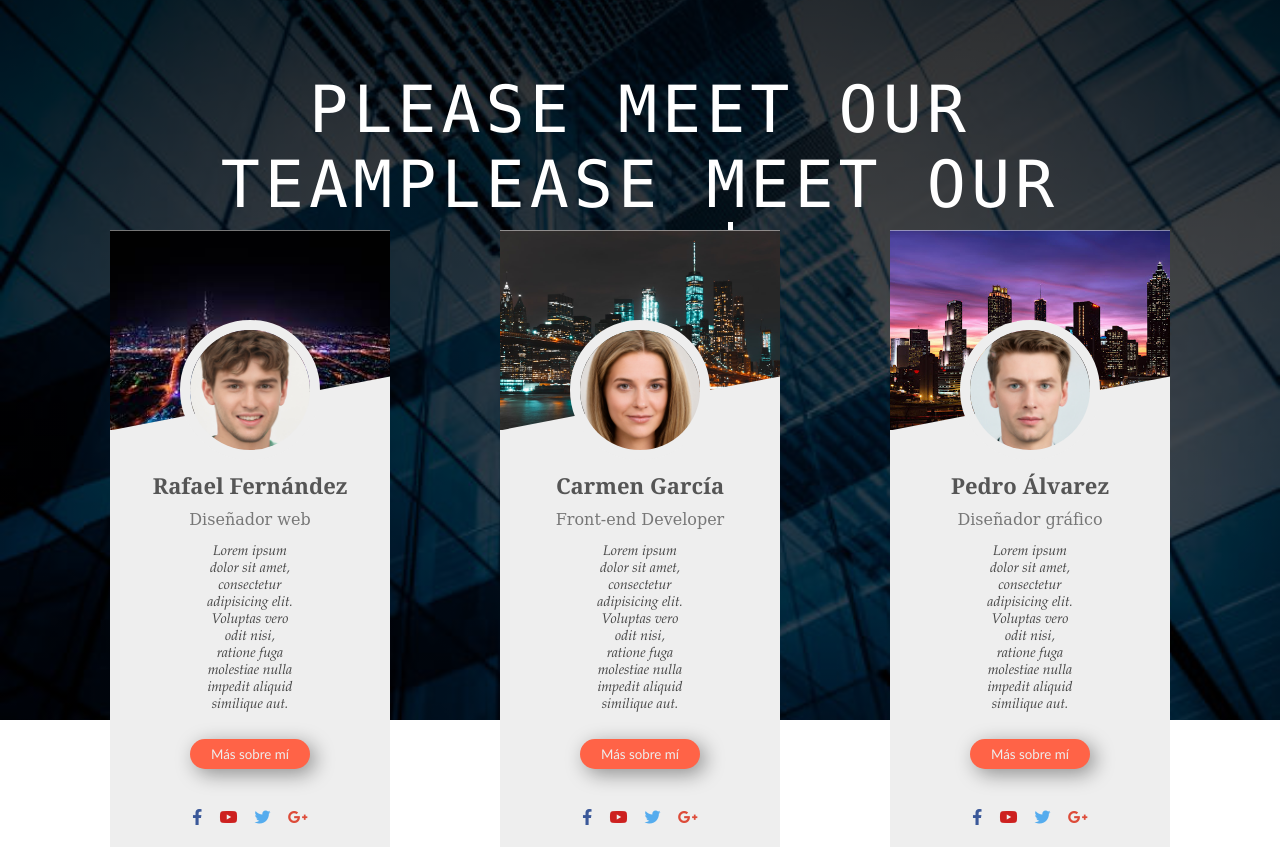
Repository: RaquelAlvarezz/Ejercicios-FormawebIV
Page: Equipo/index.html
These files come from the project's save history. The page is drawn as it stood at one moment and after the next save; the edit follows.
The browser window is 1280 px wide. The pictures show the whole page.

Above is the page before, as saved 2021-11-23 14:21:23.

### Equipo/index.html
<!DOCTYPE html>
<html lang="es">
<head>
  <meta charset="UTF-8">
  <meta http-equiv="X-UA-Compatible" content="IE=edge">
  <meta name="viewport" content="width=device-width, initial-scale=1.0">
  <title>Tarjetas equipo</title>
  <link rel="stylesheet" href="css/styles.css">
  <link rel="stylesheet" href="https://use.fontawesome.com/releases/v5.15.0/css/all.css" integrity="sha384-OLYO0LymqQ+uHXELyx93kblK5YIS3B2ZfLGBmsJaUyor7CpMTBsahDHByqSuWW+q" crossorigin="anonymous">
</head>
<body cz-shortcut-listen="true">
	<div class="container">
		<div class="heading">Please Meet Our Team</div>
		<div class="cards-wrapper">
			<div class="card">
				<img src="img/descarga.jpg" class="image-top" alt="">
				<img src="img/Rafa.jpg" class="profile-image" alt="">
				<h1 class="fullname">Rafael Fernández</h1>
				<p class="job">Diseñador web</p>
				<p class="about-me">Lorem ipsum dolor sit amet, consectetur adipisicing elit. Voluptas vero odit nisi, ratione fuga molestiae nulla impedit aliquid similique aut.</p>
				<button type="button">Más sobre mí</button>
				<ul class="social-icons">
					<li><a href="#"><i class="fab fa-facebook-f"></i></a></li>
					<li><a href="#"><i class="fab fa-youtube"></i></a></li>
					<li><a href="#"><i class="fab fa-twitter"></i></a></li>
					<li><a href="#"><i class="fab fa-google-plus-g"></i></a></li>
				</ul>
			</div>
			<div class="card">
				<img src="img/photo-1500632907344-a073709b2448.jpg" class="image-top" alt="">
				<img src="img/Carmen.jpg" class="profile-image" alt="">
				<h1 class="fullname">Carmen García</h1>
				<p class="job">Front-end Developer</p>
				<p class="about-me">Lorem ipsum dolor sit amet, consectetur adipisicing elit. Voluptas vero odit nisi, ratione fuga molestiae nulla impedit aliquid similique aut.</p>
				<button type="button">Más sobre mí</button>
				<ul class="social-icons">
					<li><a href="#"><i class="fab fa-facebook-f"></i></a></li>
					<li><a href="#"><i class="fab fa-youtube"></i></a></li>
					<li><a href="#"><i class="fab fa-twitter"></i></a></li>
					<li><a href="#"><i class="fab fa-google-plus-g"></i></a></li>
				</ul>
			</div>
			<div class="card">
				<img src="img/unnamed.jpg" class="image-top" alt="">
				<img src="img/Pedro.jpg" class="profile-image" alt="">
				<h1 class="fullname">Pedro Álvarez</h1>
				<p class="job">Diseñador gráfico</p>
				<p class="about-me">Lorem ipsum dolor sit amet, consectetur adipisicing elit. Voluptas vero odit nisi, ratione fuga molestiae nulla impedit aliquid similique aut.</p>
				<button type="button">Más sobre mí</button>
				<ul class="social-icons">
					<li><a href="#"><i class="fab fa-facebook-f"></i></a></li>
					<li><a href="#"><i class="fab fa-youtube"></i></a></li>
					<li><a href="#"><i class="fab fa-twitter"></i></a></li>
					<li><a href="#"><i class="fab fa-google-plus-g"></i></a></li>
				</ul>
			</div>
		</div>
	</div>
	<script src="js/script.js"></script>
</body>
</html>

### Equipo/css/styles.css
@charset "utf-8";
/* CSS Document */

*{
	margin: 0;
	padding: 0;
}

.container{
	width: 100%;
	height: 100vh;
	background: linear-gradient(rgb(0, 0, 0, .8), rgba(0, 0, 0, .6)), url("/Equipo/img/istockphoto-902746420-612x612.jpg") center no-repeat;
	background-size: cover;
}

.heading{
	color: #fff;
	font-size: 70px;
	position: absolute;
	top: 10%;
	left: 50%;
	transform:  translateX(-50%);
	font-family: Consolas, "Andale Mono", "Lucida Console", "Lucida Sans Typewriter", Monaco, "Courier New", "monospace";
	text-transform: uppercase;
	letter-spacing: 5px;
	text-align: center;
	white-space: pre-wrap;
}

.heading::after{
	content: '';
	width: 5px;
	height: 55px;
	background-color: #fff;
	position: absolute;
	animation: blinking 1s 3s infinite;
}

@keyframes blinking{
	0%{background-color: #FFFFFF}
	50%{background-color: transparent}
	100%{background-color: #fff}
}

.cards-wrapper{
	width: 80%;
	display: flex;
	justify-content: space-evenly;
	position: relative;
	top: 35%;
	left: 50%;
	transform: translateX(-50%);
}

.card{
	width:  280px;
	background-color: #eee;
	display: flex;
	flex-direction: column;
	align-items: center;
	justify-content: space-evenly;
	transition: transform .5s;
}

@keyframes cardAnim{
	0%{opacity: 0}
	100%{opacity: 1}
}

.card:nth-child(1){
	animtion: cardAnim 2s 3s backwards;
}

.card:nth-child(2){
	animtion: cardAnim 2s 3.5s backwards;
}

.card:nth-child(3){
	animtion: cardAnim 2s 4s backwards;
}

.card:hover{
	transform: scale(1.1);
}

.image-top{
	width: 100%;
	height: 220px;
	object-fit: cover;
	-webkit-clip-path: polygon(0 0, 100% 0, 100% 73%, 0% 100%);
	clip-path: polygon(0 0, 100% 0, 100% 73%, 0% 100%);
}

.profile-image{
	width: 120px;
	height: 120px;
	object-fit: cover;
	border-radius: 50%;
	margin-top: -110px;
	z-index: 10;
	border: 10px solid #eee;
}

.card h1{
	font-family: Cambria, "Hoefler Text", "Liberation Serif", Times, "Times New Roman", "serif";
	font-size: 22px;
	color: #555;
	margin: 10px;
}

.job{
	font-family: Constantia, "Lucida Bright", "DejaVu Serif", Georgia, "serif";
	color: #777;
	font-weight: 300;
}

.about-me{
	font-family: Baskerville, "Palatino Linotype", Palatino, "Century Schoolbook L", "Times New Roman", "serif";
	font-size: 14px;
	width: 90px;
	margin: 15px 0;
	font-style: italic;
	color: #444;
	text-align: center;
}

.card button{
	width: 120px;
	padding: 7px;
	margin: 10px 0;
	background-color: tomato;
	border: none;
	outline: none;
	border-radius: 25px;
	font-family: "Gill Sans", "Gill Sans MT", "Myriad Pro", "DejaVu Sans Condensed", Helvetica, Arial, "sans-serif";
	color: #eee;
	box-shadow: 5px 5px 20px rgba(0, 0, 0, .4);
}

.card:hover button{
	animation: buttonRotation 2s 1s linear;
}

@keyframes buttonRotation{
	0% {transform: scale(1) rotateZ(0)}
    5% {transform: scale(1.2) rotateZ(5deg)}
    10% {transform: scale(1.2) rotateZ(-5deg)}
    15% {transform: scale(1.2) rotateZ(5deg)}
    20% {transform: scale(1.2) rotateZ(-5deg)}
    25% {transform: scale(1.2) rotateZ(5deg)}
    30% {transform: scale(1.2) rotateZ(-5deg)}
    35% {transform: scale(1.2) rotateZ(5deg)}
    40% {transform: scale(1.2) rotateZ(-5deg)}
    45% {transform: scale(1.2) rotateZ(5deg)}
    50% {transform: scale(1.2) rotateZ(-5deg)}
    55% {transform: scale(1.2) rotateZ(5deg)}
    60% {transform: scale(1.2) rotateZ(-5deg)}
    65% {transform: scale(1.2) rotateZ(5deg)}
    70% {transform: scale(1.2) rotateZ(-5deg)}
    75% {transform: scale(1.2) rotateZ(5deg)}
    80% {transform: scale(1.2) rotateZ(-5deg)}
    85% {transform: scale(1.2) rotateZ(5deg)}
    90% {transform: scale(1.2) rotateZ(-5deg)}
    95% {transform: scale(1.2) rotateZ(5deg)}
    100% {transform: scale(1) rotateZ(0)}
}

.social-icons{
	width: 150px;
	list-style: none;
	display: flex;
	justify-content: space-evenly;
	margin: 10px 0 20px 0;
	boder-top: 1px solid #999;
	padding-top: 20px;
}

.fa-facebook-f{
	color: #3b5999;
}

.fa-youtube{
	color: #cd201f;
}

.fa-twitter{
	color: #55acee;
}

.fa-google-plus-g{
	color: #dd4b39;
}

@media(max-width: 1300px){
	.heading{
		font-size: 65px;
		width: 80%;
	}
	.cards-wrapper{
		width: 100%;
		top: 32%;
	}
	.image-top{
		height: 200px;
	}
}

@media(max-width: 1000px){
	.container{
		height: 100%;
	}
	.heading{
		width: 90%;
	}
	.cards-wrapper{
		flex-wrap: wrap;
		padding:300px 0 200px 0;
	}
	.card{
		margin: 0 30px 50px 30px;
	}
}

@media(max-width: 700px){
	.heading{
		font-size: 50px;
	}
	.heading::after{
		height: 40px;
	}
}

@media(max-width: 450px){
	.heading{
		font-size: 40px;
	}
	.heading::after{
		height: 33px;
	}
	.cards-wrapper{
		padding: 25px 0 150px 0;
	}
}

### Equipo/js/script.js
// JavaScript Document
const heading = 'Please Meet Our Team';
let i = 0;

const typing = () => {
	if(i < heading.length){
		document.querySelector('.heading').innerHTML += heading.charAt(i);
		i++;

		setTimeout(typing, 150);
	}
}

typing();

After the next save:
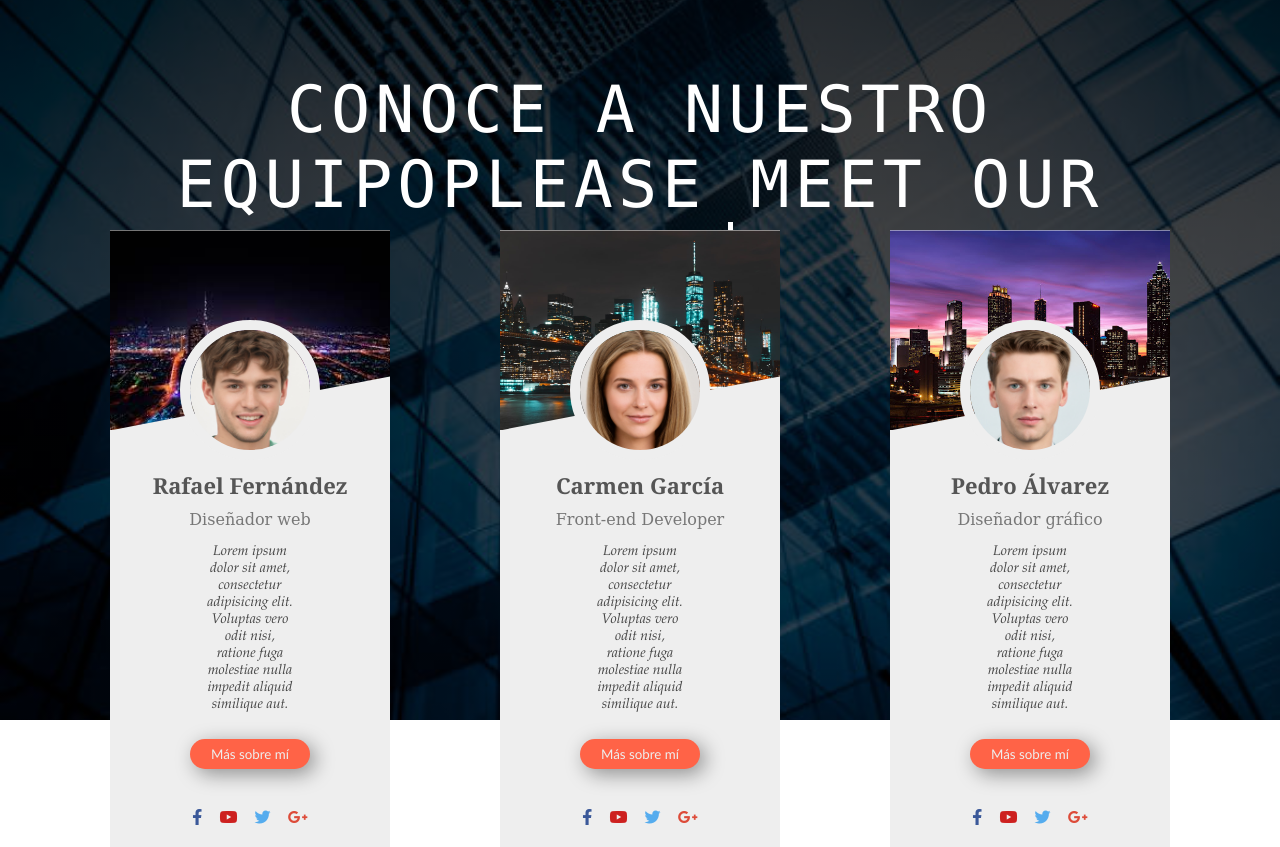
Saved 44 s later.
--- a/Equipo/index.html
+++ b/Equipo/index.html
@@ -10,7 +10,7 @@
 </head>
 <body cz-shortcut-listen="true">
 	<div class="container">
-		<div class="heading">Please Meet Our Team</div>
+		<div class="heading">Conoce a nuestro equipo</div>
 		<div class="cards-wrapper">
 			<div class="card">
 				<img src="img/descarga.jpg" class="image-top" alt="">
